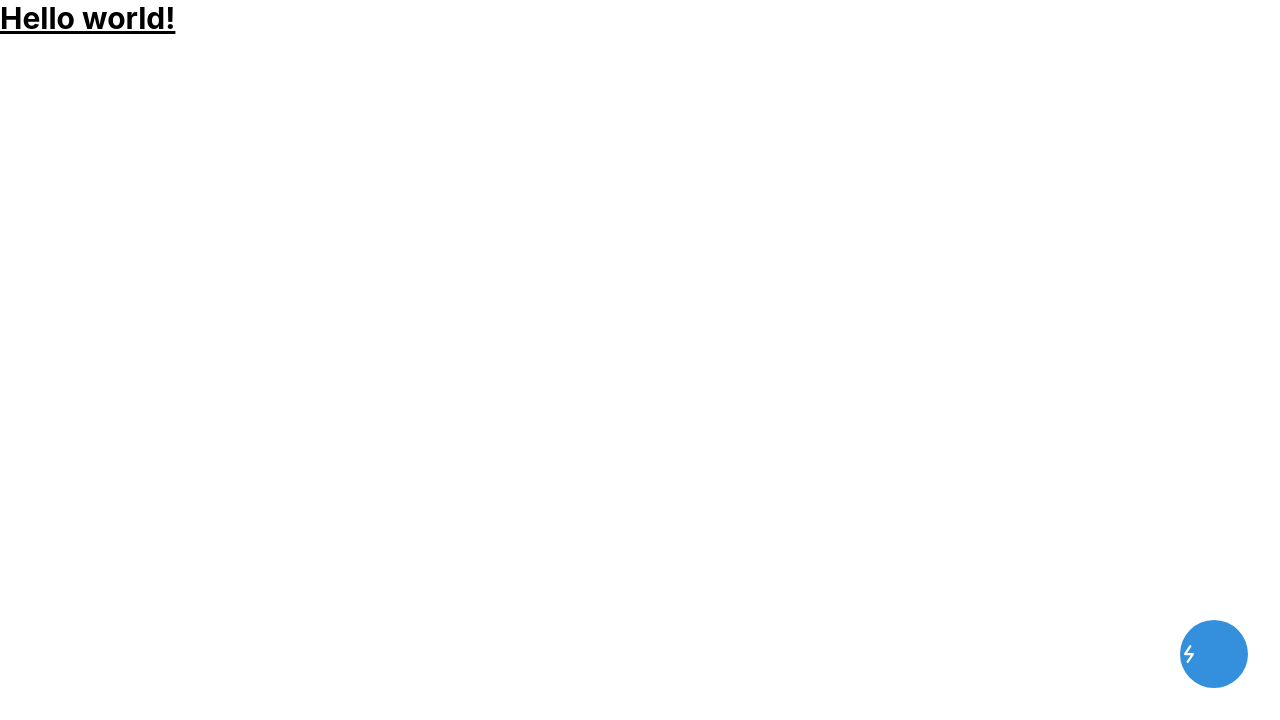
Repository: farrelmuhammad/quick-chat-task
Page: /
An editor plug-in stored every save of this project. The page is shown before and after the next save, followed by the edit.
The browser window is 1280 px wide. The pictures show the whole page.
The project was rebuilt for these pictures with package versions that can differ from the ones it lists, and the page was loaded fresh each time.

Above is the page before, as saved 2023-09-17 17:05:26.

After the next save:
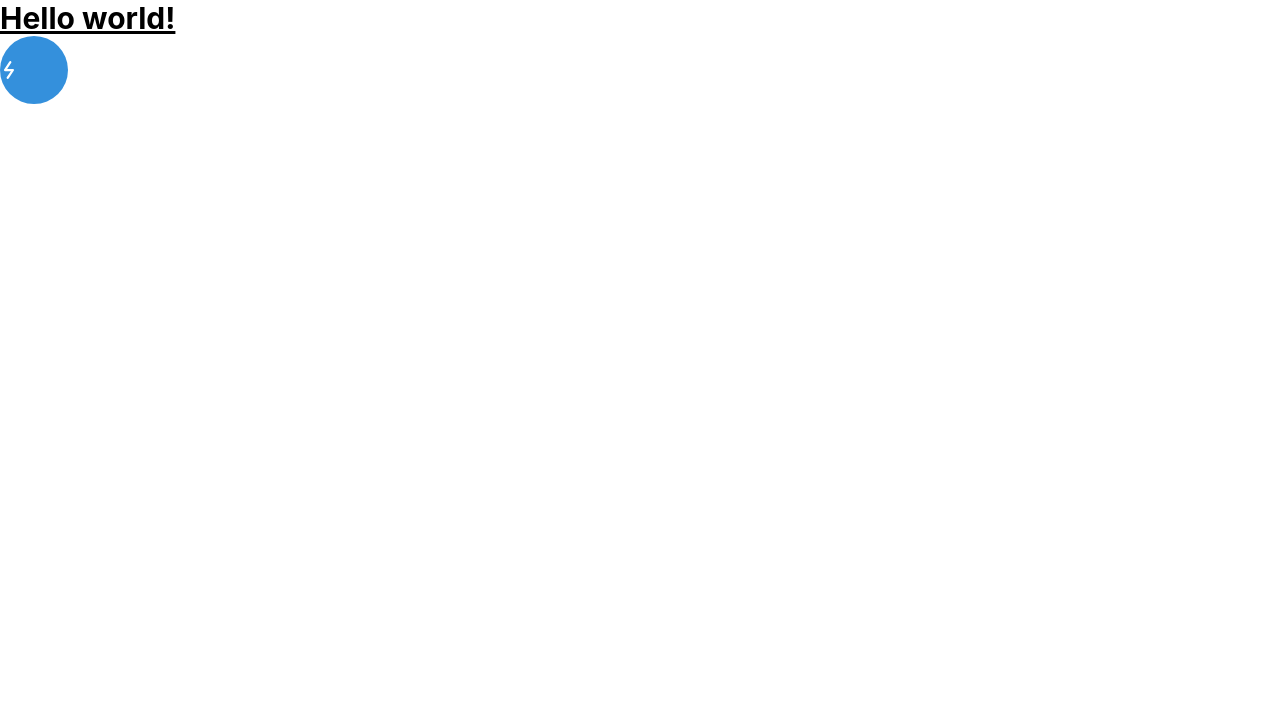
Saved 9 s later.
--- a/src/App.css
+++ b/src/App.css
@@ -39,8 +39,6 @@
 
 .quick-start-button {
   position: fixed;
-  bottom: 2rem;
-  right: 2rem;
   width: 68px;
 height: 68px;
 
